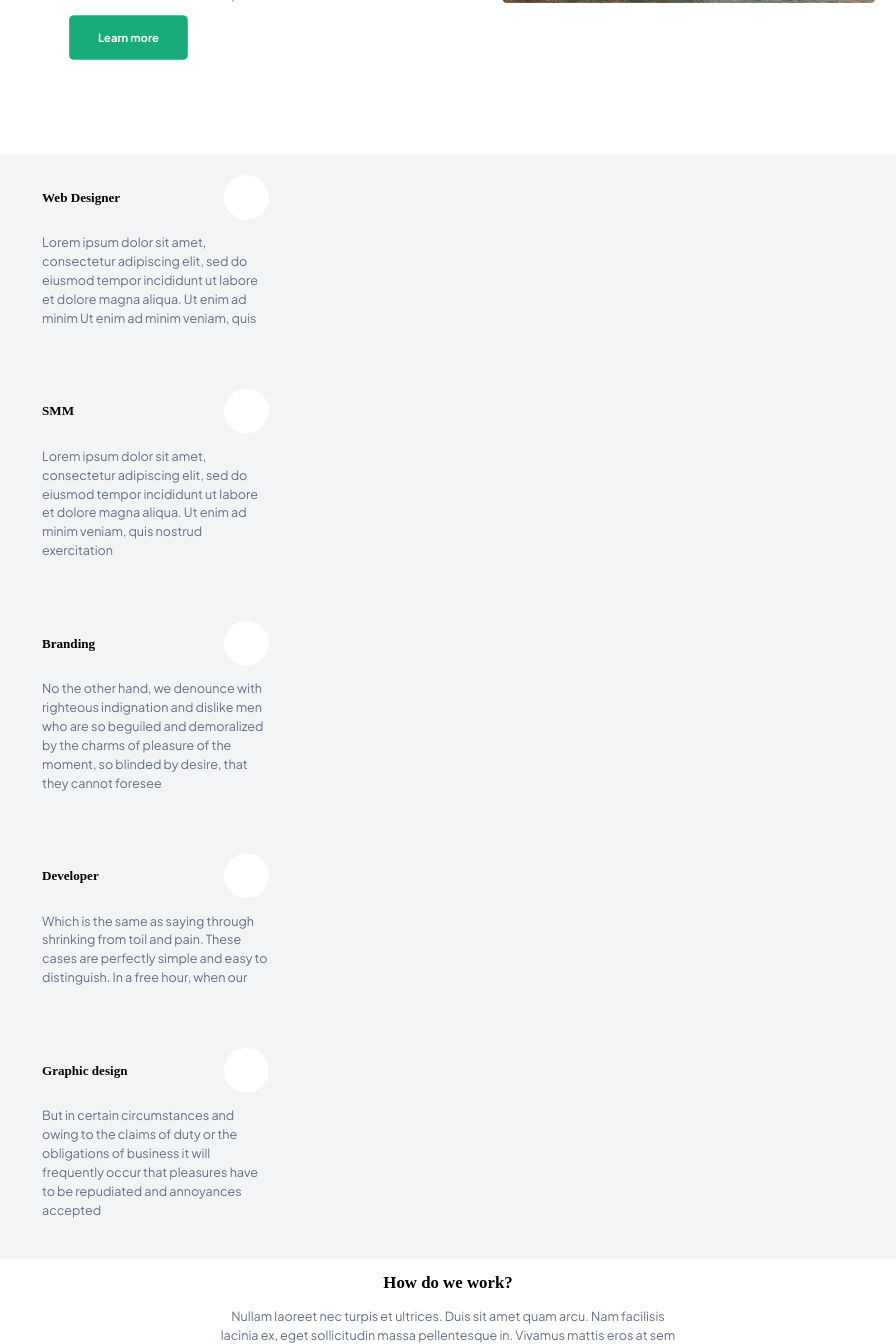
Repository: UlugbekAbdurasulov/pixar
Page: index.html
These files come from the project's save history. The page is drawn as it stood at one moment and after a run of saves; the edit follows.
The browser window is 1280 px wide. The pictures show the part of the page from y = 543 to 2463 px (the page is 4003 px tall before and 2908 px after), at 70% of full size.

Above is the page before, as saved 2023-06-05 04:24:55.

After the next 2 saves:
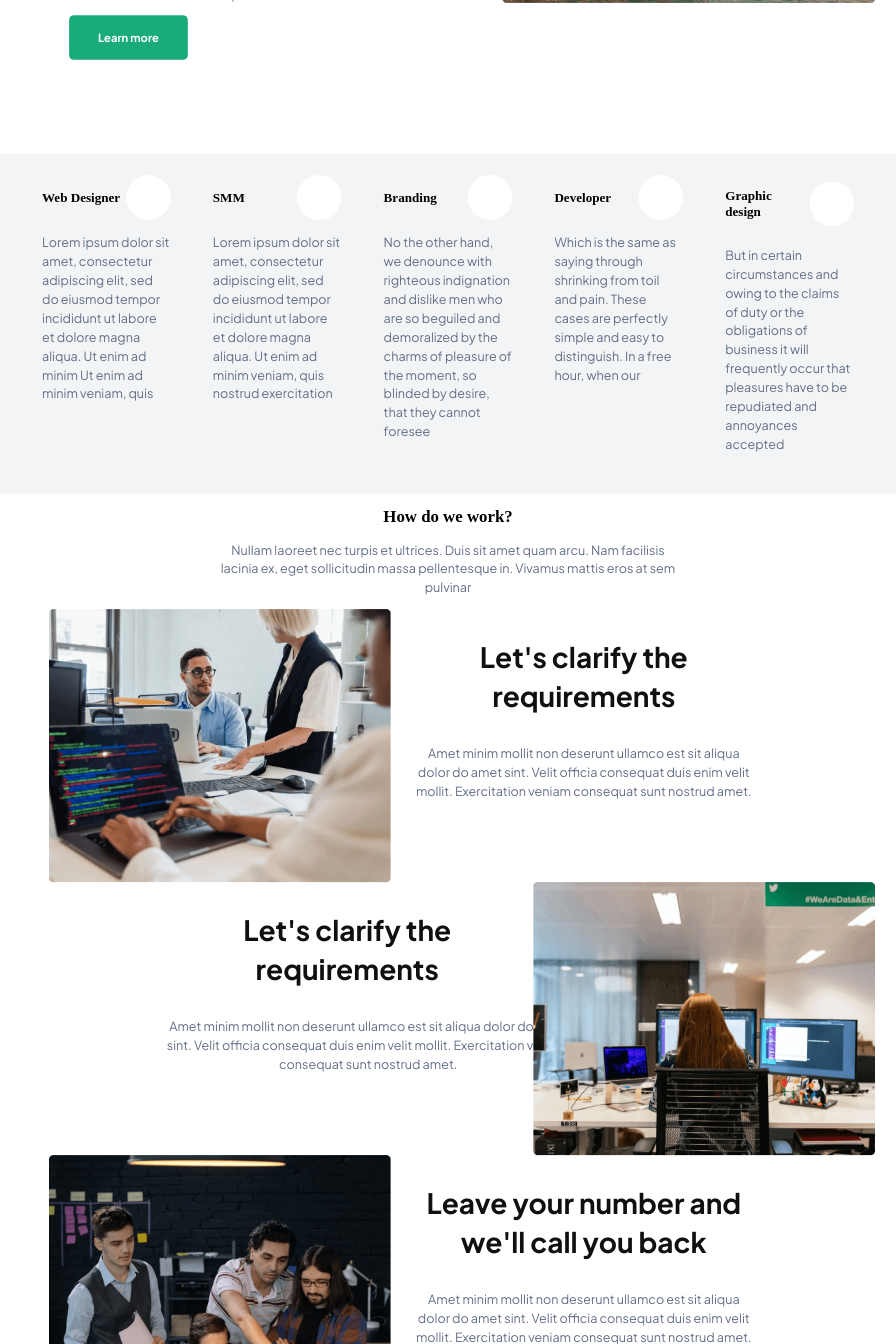
The 2 saves are shown as one change because they came seconds apart.
The last was saved 65 s later.
--- a/css/main.css
+++ b/css/main.css
@@ -251,6 +251,10 @@ flex: none;
 order: 0;
 flex-grow: 0;
 }
+
+.service-list{
+  display: flex;
+}
 .services-work-text{
   font-family: 'Plus Jakarta Sans';
   font-style: normal;
